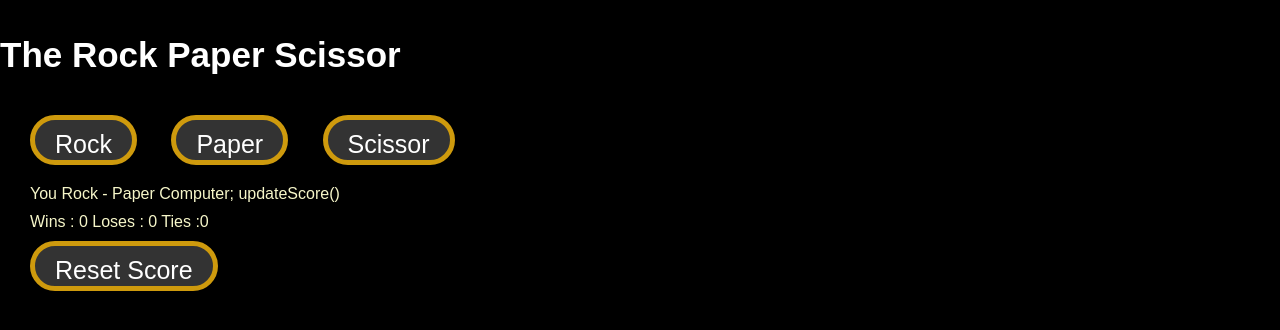
Repository: Drdregboss89/js-practical-projects
Page: index.html
The author's editor kept a copy of each file at every save. The page is drawn from the files as they stood at one save, then again after the next save.
The browser window is 1280 px wide. The pictures show the whole page.
After loading, the first visible `button` was clicked once.

Above is the page before, as saved 2023-06-24 09:13:46.
Console error (its wording comes from the project's code and is left out).

After the next save:
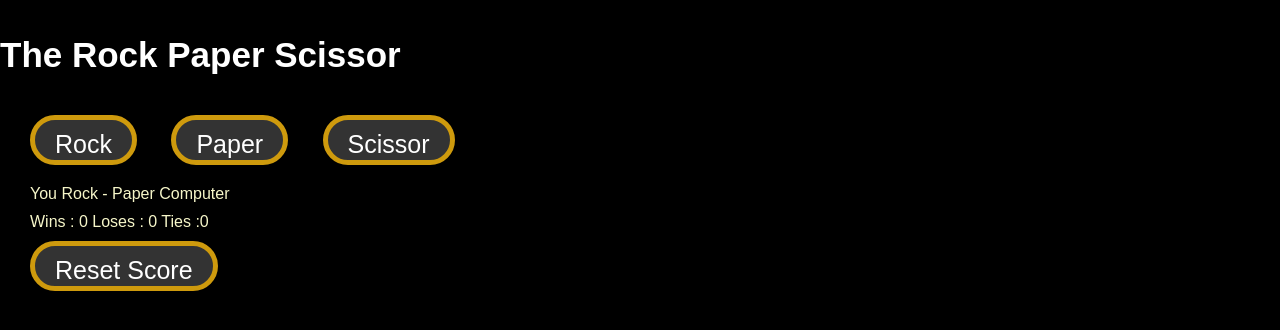
Saved 2 min 58 s later.
--- a/index.js
+++ b/index.js
@@ -64,8 +64,8 @@ function playGame(selectMove) {
     score.ties += 1;
   }
   document.querySelector('.js-result').innerHTML=result;
-  document.querySelector('.js-move').innerHTML=`You ${selectMove} - ${computerMove} Computer;
-  updateScore()`;
+  document.querySelector('.js-move').innerHTML=`You ${selectMove} - ${computerMove} Computer`;
+  updateScore();
 
   localStorage.setItem("score", JSON.stringify(`score`));
 
